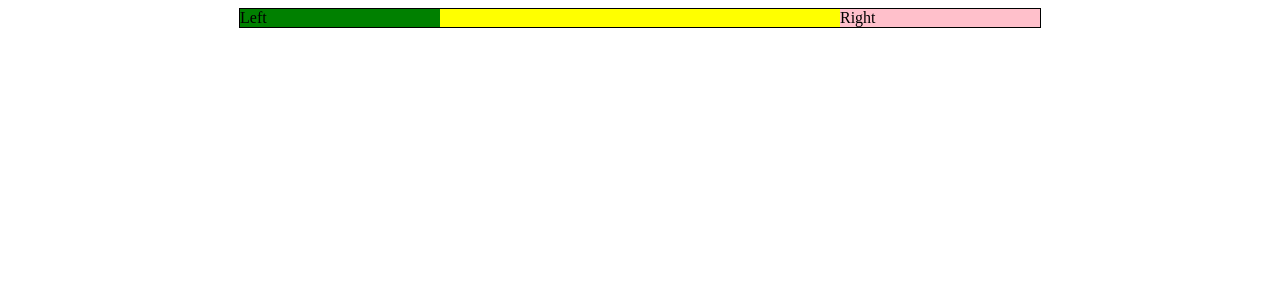
Repository: nanvon/front-end_byhuawei
Page: CSS_example.html
The author's editor kept a copy of each file at every save. The page is drawn from the files as they stood at one save, then again after a run of saves.
The browser window is 1280 px wide. The pictures show the whole page.

Above is the page before, as saved 2020-12-10 19:56:10.

After the next 3 saves:
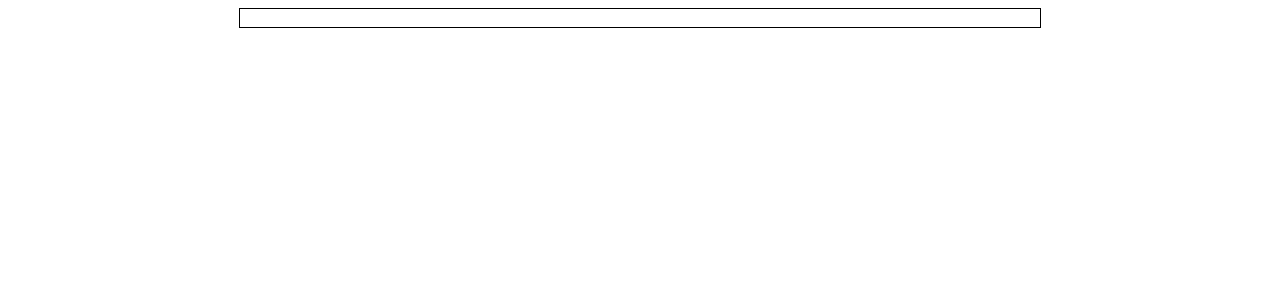
The 3 saves are shown as one change because they came seconds apart.
The last was saved 19 s later.
--- a/CSS_example.html
+++ b/CSS_example.html
@@ -40,9 +40,9 @@
 
 <body>
     <div class="container">
-        <div class="center">Center</div>
+        <div class="center">
             <div class="content"></div>
-
+        </div>
         <div class="left">Left</div>
         <div class="right">Right</div>
     </div>

After the save that followed:
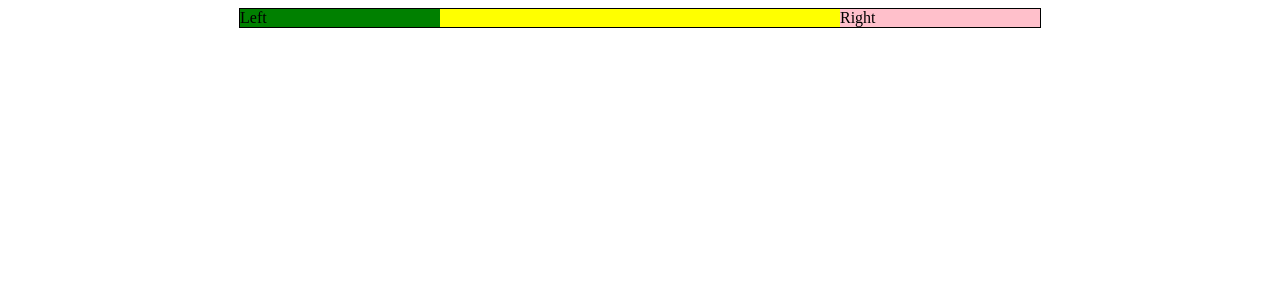
Saved 54 s later.
--- a/CSS_example.html
+++ b/CSS_example.html
@@ -40,7 +40,7 @@
 
 <body>
     <div class="container">
-        <div class="center">
+        <div class="center">c
             <div class="content"></div>
         </div>
         <div class="left">Left</div>
